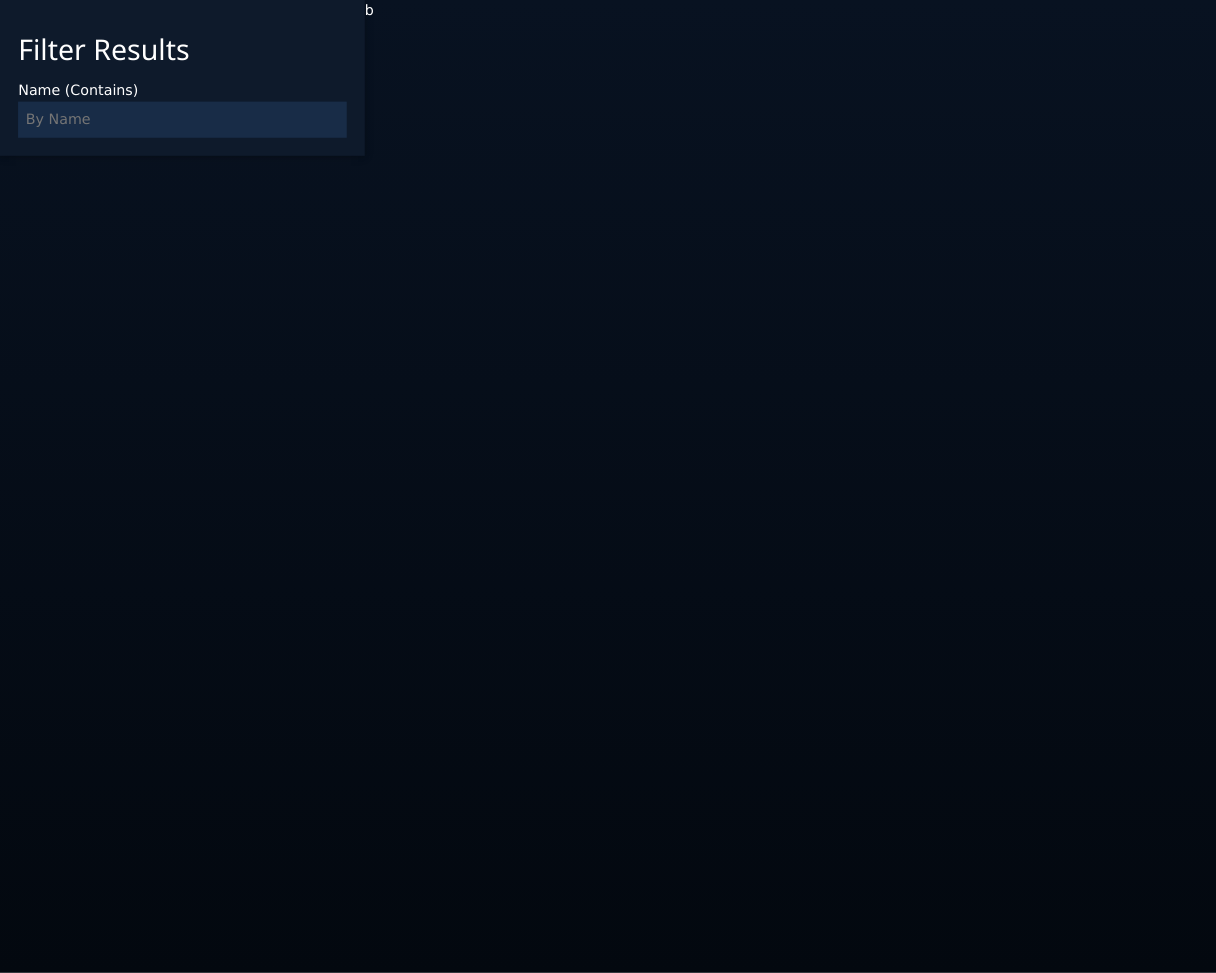
Repository: seyicoded/testestech
Page: /
These files come from the project's save history. The page is drawn as it stood at one moment and after a run of saves; the edit follows.
The browser window is 1280 px wide. The pictures show the whole page, at 95% of full size.
The project was rebuilt for these pictures with package versions that can differ from the ones it lists, and the page was loaded fresh each time.

Above is the page before, as saved 2022-02-07 13:45:51.

### src/App.js
import logo from './logo.svg';
import './App.css';
import './w3.css';

function App() {
  return (
    <div className="App">
      <div className="Container">

        <div className='left'>
          <div className='card w3-card-2'>
            <h2>Filter Results</h2>

            <div className='content'>
              <label className='w3-label'>Name (Contains)</label>
              <br />
              <input className='w3-input' placeholder='By Name'/>
            </div>
          </div>
        </div>

        <div className='right'>
          b
        </div>

      </div>
    </div>
  );
}

export default App;

### src/App.css
.App {
  width: 100%;
  height: 100%;
  flex: 1;
}

/* .App-logo {
  height: 40vmin;
  pointer-events: none;
} */

/* @media (prefers-reduced-motion: no-preference) {
  .App-logo {
    animation: App-logo-spin infinite 20s linear;
  }
} */

/* .App-header {
  background-color: #282c34;
  min-height: 100vh;
  display: flex;
  flex-direction: column;
  align-items: center;
  justify-content: center;
  font-size: calc(10px + 2vmin);
  color: white;
} */

.App-link {
  color: #61dafb;
}

@keyframes App-logo-spin {
  from {
    transform: rotate(0deg);
  }
  to {
    transform: rotate(360deg);
  }
}

.Container{
  display: flex;
  flex: 1;
  height: 1024px;
  max-height: 100%;
  width: 100%;
  flex-direction: row;
  /* background: Vertical linear-gradient #081221 to #03080f; */
  background: linear-gradient(#081221, #03080f);
  padding: 15;
  color: white;
}

.Container .left{
  width: 30%;
  height: 100%;
}

.Container .right{
  flex: 1;
  height: 100%;
}

.Container .left .card{
  padding: 40;
  padding: 5%;
  background: #0e1a2b;
}
.Container .left .card .content{
  display: block;
  text-align: left;
}
.Container .left .card input {
  background: #182c47;
  border-bottom: none;
}

Loaded but not shown: public/index.html (common file); src/index.js (common file); src/index.css (common file); src/reportWebVitals.js (common file); src/w3.css (library)

After the next 2 saves:
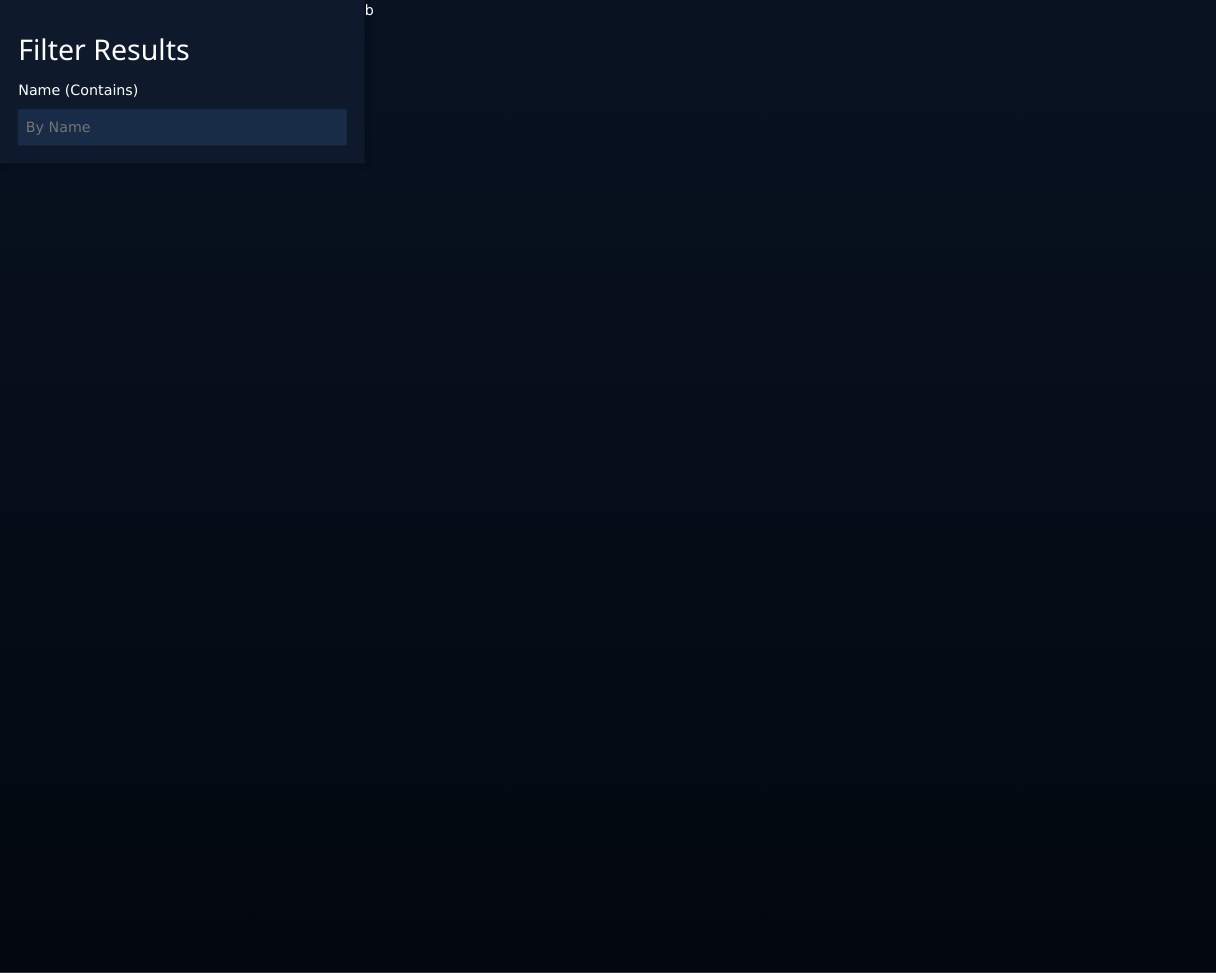
The 2 saves are shown as one change because they came seconds apart.
The last was saved 14 s later.
--- a/src/App.css
+++ b/src/App.css
@@ -74,4 +74,5 @@
 .Container .left .card input {
   background: #182c47;
   border-bottom: none;
+  margin-top: 8px;
 }
